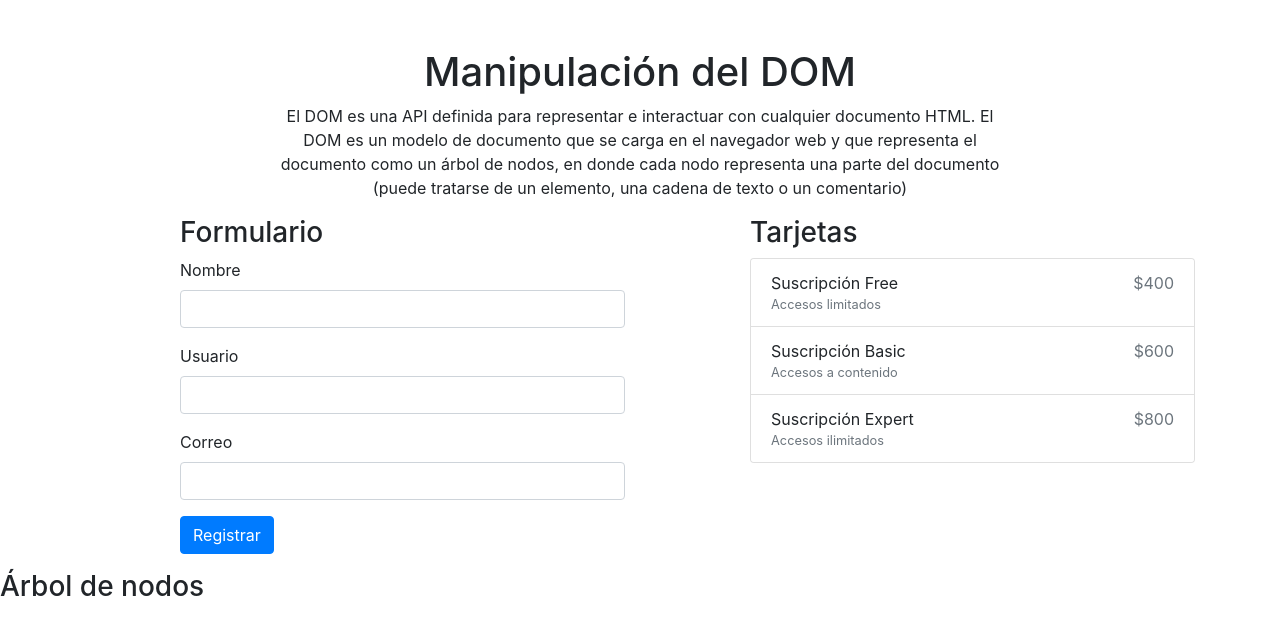
Repository: pedro-donoso/manipulacion-dom
Page: index.html
The author's editor kept a copy of each file at every save. The page is drawn from the files as they stood at one save, then again after the next save.
The browser window is 1280 px wide. The pictures show the whole page.

Above is the page before, as saved 2024-02-05 22:34:04.

### index.html
<!doctype html>
<html lang="es">

<head>
    <!-- Required meta tags -->
    <meta charset="utf-8">
    <meta name="viewport" content="width=device-width, initial-scale=1, shrink-to-fit=no">

    <!-- Bootstrap CSS -->
    <link rel="stylesheet" href="https://cdn.jsdelivr.net/npm/bootstrap@4.3.1/dist/css/bootstrap.min.css"
        integrity="sha384-ggOyR0iXCbMQv3Xipma34MD+dH/1fQ784/j6cY/iJTQUOhcWr7x9JvoRxT2MZw1T" crossorigin="anonymous">

    <title>Manipulación del DOM</title>
</head>

<body>

    <main class="container">
        <!-- 1- AGREGO CLASE container PARA MANIPULAR ESTE PÁRRAFO -->
        <div class="row mt-5 text-center" id="contenedor">
            <div class="col-12 col-md-8 offset-md-2">
                <h1>Manipulación del DOM</h1>
                <p>
                    El DOM es una API definida para representar e interactuar con cualquier documento HTML. El DOM es un modelo de documento que se carga en el navegador web y que representa el documento como un árbol de nodos, en donde cada nodo representa una parte del documento (puede tratarse de un elemento, una cadena de texto o un comentario)
                </p>
            </div>
        </div>
        <div class="row">
            <div class="col-12 col-md-5 offset-md-1">
                <h3>Formulario</h3>
                <form>
                    <label>Nombre</label>
                    <input type="text" class="form-control mb-3">
                    <label>Usuario</label>
                    <input type="text" class="form-control mb-3">
                    <label>Correo</label>
                    <input type="email" class="form-control mb-3">
                    <div>
                        <button class="btn btn-primary mb-3">Registrar</button>
                    </div>
                </form>
            </div>
            <div class="col-12 col-md-5 offset-md-1">
                <h3>Tarjetas</h3>
                <div class="card">
                    <ul class="list-group list-group-flush">
                        <li class="list-group-item d-flex justify-content-between">
                            <div class="d-flex flex-column">
                                <span>Suscripción Free</span>
                                <small class="text-muted">Accesos limitados</small>
                            </div>
                            <div>
                                <span class="text-muted">$400</span>
                            </div>
                        </li>
                        <li class="list-group-item d-flex justify-content-between">
                            <div class="d-flex flex-column">
                                <span>Suscripción Basic</span>
                                <small class="text-muted">Accesos a contenido</small>
                            </div>
                            <div>
                                <span class="text-muted">$600</span>
                            </div>
                        </li>
                        <li class="list-group-item d-flex justify-content-between">
                            <div class="d-flex flex-column">
                                <span>Suscripción Expert</span>
                                <small class="text-muted">Accesos ilimitados</small>
                            </div>
                            <div>
                                <span class="text-muted">$800</span>
                            </div>
                        </li>
                    </ul>
                </div>
            </div>
        </div>
    </main>

    <!-- Optional JavaScript -->
    <!-- jQuery first, then Popper.js, then Bootstrap JS -->
    <script src="https://code.jquery.com/jquery-3.3.1.slim.min.js"
        integrity="sha384-q8i/X+965DzO0rT7abK41JStQIAqVgRVzpbzo5smXKp4YfRvH+8abtTE1Pi6jizo"
        crossorigin="anonymous"></script>
    <script src="https://cdn.jsdelivr.net/npm/popper.js@1.14.7/dist/umd/popper.min.js"
        integrity="sha384-UO2eT0CpHqdSJQ6hJty5KVphtPhzWj9WO1clHTMGa3JDZwrnQq4sF86dIHNDz0W1"
        crossorigin="anonymous"></script>
    <script src="https://cdn.jsdelivr.net/npm/bootstrap@4.3.1/dist/js/bootstrap.min.js"
        integrity="sha384-JjSmVgyd0p3pXB1rRibZUAYoIIy6OrQ6VrjIEaFf/nJGzIxFDsf4x0xIM+B07jRM"
        crossorigin="anonymous"></script>

        <script src="./app.js"></script>
</body>

</html>

### app.js
// 2- CREO VARIABLE PARA MANIPULAR HTML
let contenedor = document.querySelector("#contenedor");

// 3- CREAR ELEMENTO SUBTITULO Y LE AGREGO PROPIEDADES
let subtitulo = document.createElement("h3");
subtitulo.innerText = "Árbol de nodos";

// 4- OBTENER EL CUERPO DEL DOCUMENTO
let body = document.body;

// 5- AGREGAR EL NUEVO ELEMENTO AL CUERPO DEL DOCUMENTO
body.appendChild(subtitulo);

After the next save:
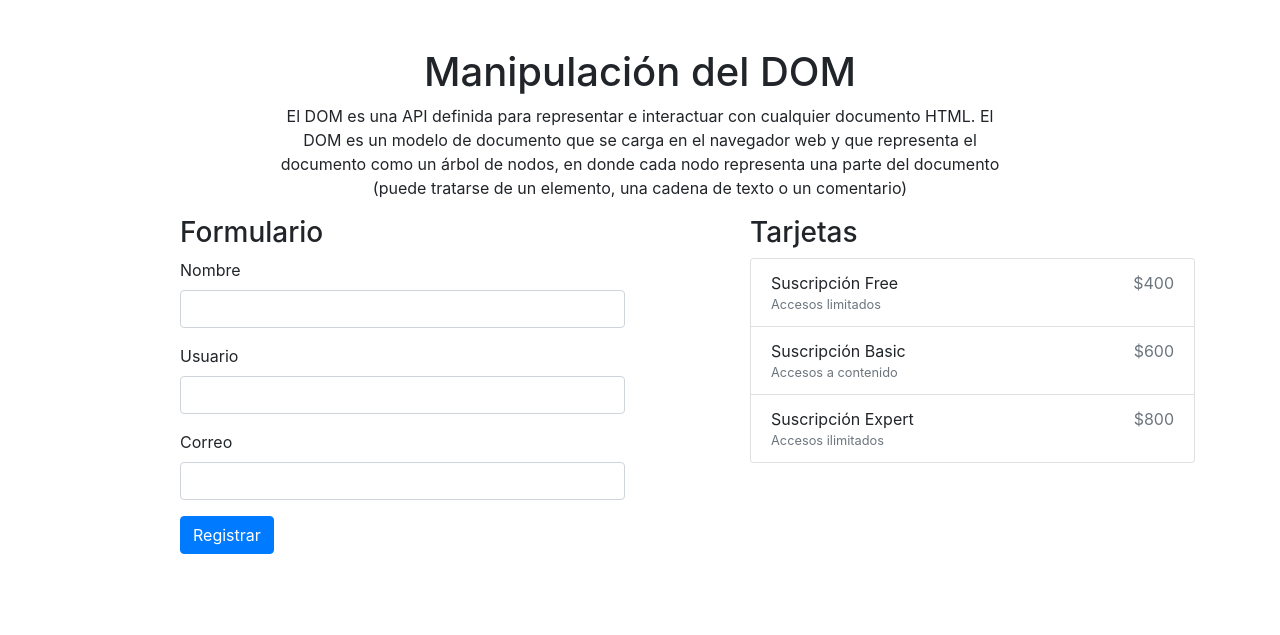
Console error: SyntaxError: Unexpected end of input
Saved 4 min 19 s later.
--- a/app.js
+++ b/app.js
@@ -10,3 +10,5 @@ let body = document.body;
 
 // 5- AGREGAR EL NUEVO ELEMENTO AL CUERPO DEL DOCUMENTO
 body.appendChild(subtitulo);
+
+6-
